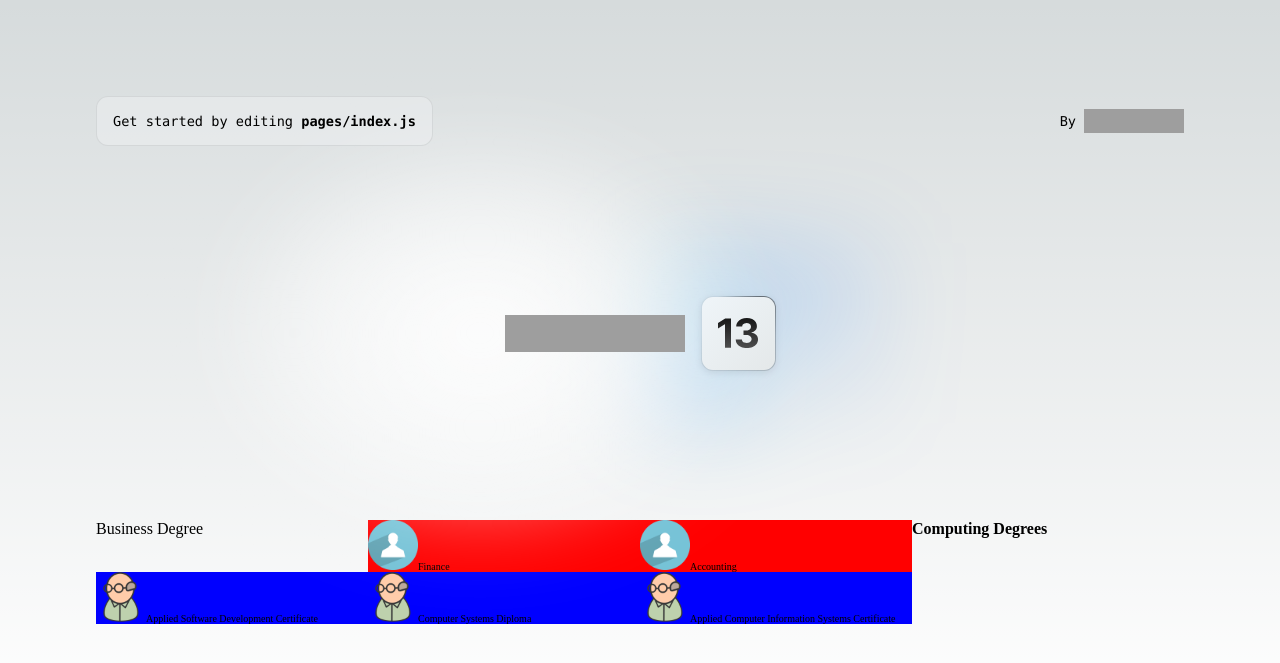
Repository: HediehKh/Jan13week3
Page: /
These files come from the project's save history. The page is drawn as it stood at one moment and after the next save; the edit follows.
The browser window is 1280 px wide. The pictures show the whole page.
Pictures or frames that could not be fetched are drawn as grey boxes. The project was rebuilt for these pictures with package versions that can differ from the ones it lists, and the page was loaded fresh each time. The framework's server and built-in components were replaced by stand-ins that run in the browser. Also part of the build but not shown: next.config.js.

Above is the page before, as saved 2023-01-16 11:34:13.

### pages/index.js
import Head from 'next/head'
import Image from 'next/image'
import { Inter } from '@next/font/google'
import styles from '../styles/Home.module.css'
import data from '../data/education.json'
import { useState } from 'react'
import Card from '../components/index'
import Link from 'next/link'

const inter = Inter({ subsets: ['latin'] })

export default function Home() {

  console.log(data);
  const [information, setInformation] = useState([...data])

  return (
    <>
      <Head>
        <title>Create Next App</title>
        <meta name="description" content="Generated by create next app" />
        <meta name="viewport" content="width=device-width, initial-scale=1" />
        <link rel="icon" href="/favicon.ico" />
      </Head>
      <main className={styles.main}>
        <div className={styles.description}>
          <p>
            Get started by editing&nbsp;
            <code className={styles.code}>pages/index.js</code>
          </p>
          <div>
            <a
              href="https://vercel.com?utm_source=create-next-app&utm_medium=default-template&utm_campaign=create-next-app"
              target="_blank"
              rel="noopener noreferrer"
            >
              By{' '}
              <Image
                src="/vercel.svg"
                alt="Vercel Logo"
                className={styles.vercelLogo}
                width={100}
                height={24}
                priority
              />
            </a>
          </div>
        </div>

        <div className={styles.center}>
          <Image
            className={styles.logo}
            src="/next.svg"
            alt="Next.js Logo"
            width={180}
            height={37}
            priority
          />
          <div className={styles.thirteen}>
            <Image
              src="/thirteen.svg"
              alt="13"
              width={40}
              height={31}
              priority
            />
          </div>
        </div>

        <div className={styles.grid}>
          <div>Business Degree</div>
          {information && information.map((info, index) => {
            if(info.department.toLowerCase() === "business") {
          return(
           <Card key={index} degree={info.degree} colour="red" font="10px"/>
          )
          }
          })}

         <b>Computing Degrees</b>
          {information && information.map((info, index) => {
            if(info.department.toLowerCase() === "computing") {
          return(
          <Card key={index} degree={info.degree} colour="blue" font="10px"/>
          )
          }
          })}
         </div>
      </main>
    </>
  )
}

### data/education.json
[
        {
            "studentNumber": "A0004567",
            "firstName": "Person 1",
            "gpa": 3.8,
            "department": "Business",
            "degree": "Finance",
            "graduted": 2014
        },
        {
            "studentNumber": "A0001234",
            "firstName": "Person 2",
            "gpa": 3.5,
            "department": "Business",
            "degree": "Accounting",
            "graduted": 2010
        },
        {
            "studentNumber": "A0007890",
            "firstName": "Person 3",
            "gpa": 3.2,
            "department": "Computing",
            "degree": "Applied Software Development Certificate",
            "graduted": 2018
        },
        {
            "studentNumber": "A0007828",
            "firstName": "Person 4",
            "gpa": 3.9,
            "department": "Computing",
            "degree": "Computer Systems Diploma",
            "graduted": 2021
        },
        {
            "studentNumber": "A0003425",
            "firstName": "Person 5",
            "gpa": 3.2,
            "department": "Computing",
            "degree": "Applied Computer Information Systems Certificate",
            "graduted": 2021
        }
]

### components/index.js
export default function Card({
    degree = "none",
    colour = "purple",
    font = "0",
    image = "icon/personTwo.png"
}) {
    return(
        <div style={{backgroundColor: colour, fontSize:font}}>
            {
                colour === "red" ? <img src ={'icon/person.png'} width="50"/> :
                colour === "blue" ? <img src ={'icon/personThree.png'} width="50"/> :
                                    <img src={image} width="50"/>

           }
            {degree}
            </div>
    )
}

Loaded but not shown: pages/_app.js (common file); pages/_document.js (common file); styles/globals.css (common file); styles/Home.module.css (common file)

After the next save:
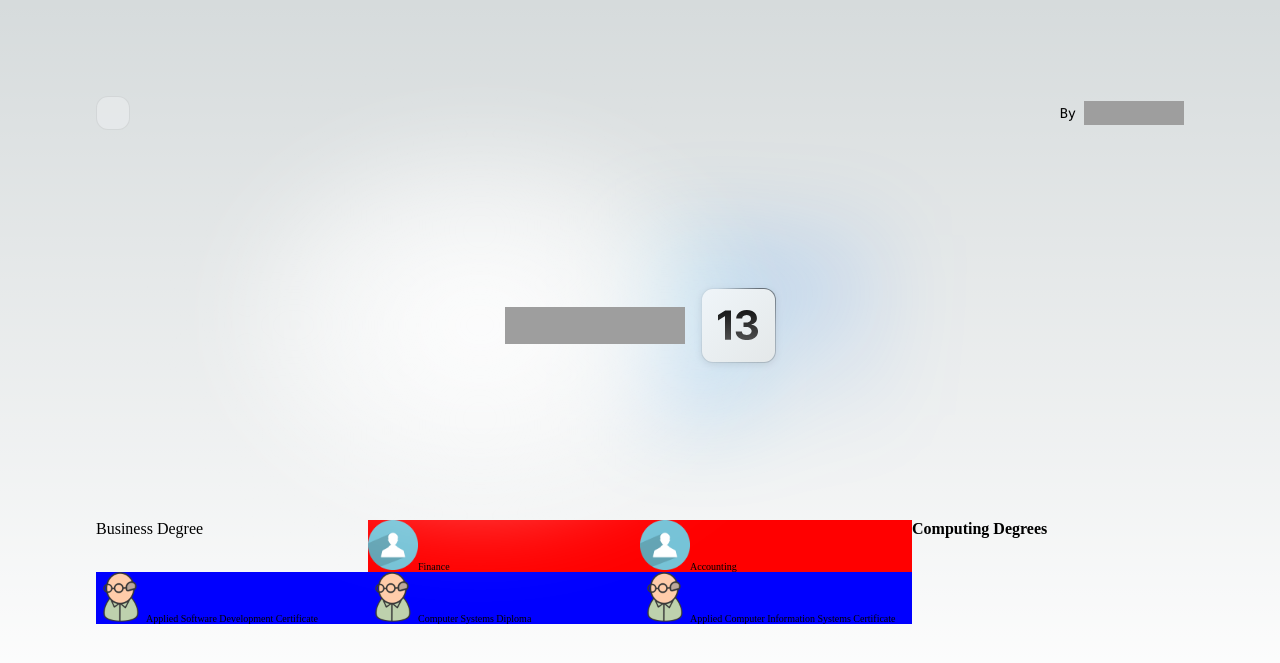
Saved 44 s later.
--- a/pages/index.js
+++ b/pages/index.js
@@ -25,8 +25,7 @@ export default function Home() {
       <main className={styles.main}>
         <div className={styles.description}>
           <p>
-            Get started by editing&nbsp;
-            <code className={styles.code}>pages/index.js</code>
+
           </p>
           <div>
             <a
